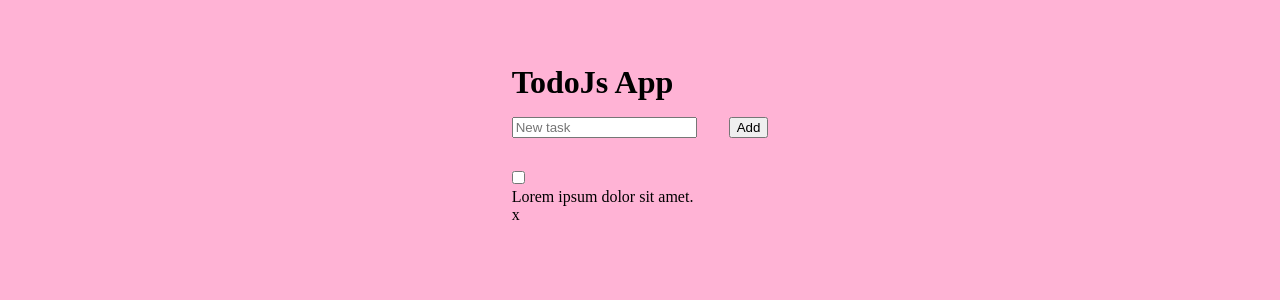
Repository: AlexandraYuhno/todo
Page: index.html
An editor plug-in stored every save of this project. The page is shown before and after the next save, followed by the edit.
The browser window is 1280 px wide. The pictures show the whole page.

Above is the page before, as saved 2024-06-17 11:26:06.

After the next save:
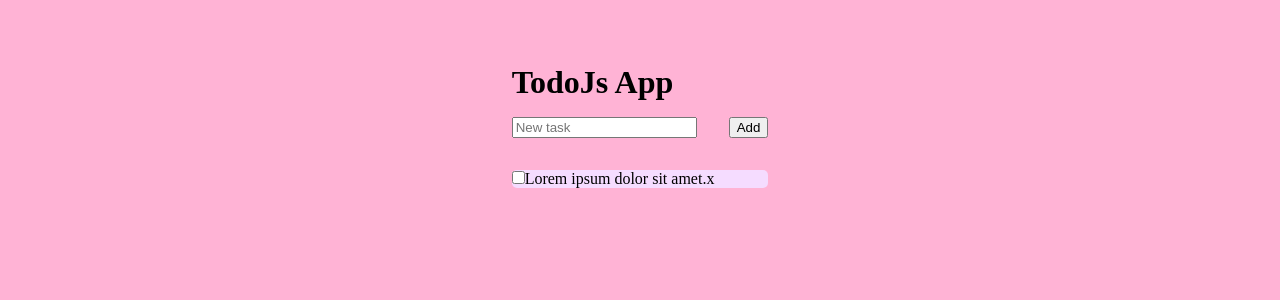
Saved 80 s later.
--- a/style.css
+++ b/style.css
@@ -23,3 +23,12 @@ body{
     margin-left: 32px;
     cursor: pointer;
 }
+
+.todo__task {
+    cursor: default;
+    display: flex;
+    align-items: center;
+    background-color: #F5DCFF;
+    border-radius: 5px;
+    margin-bottom: 10px;
+}
